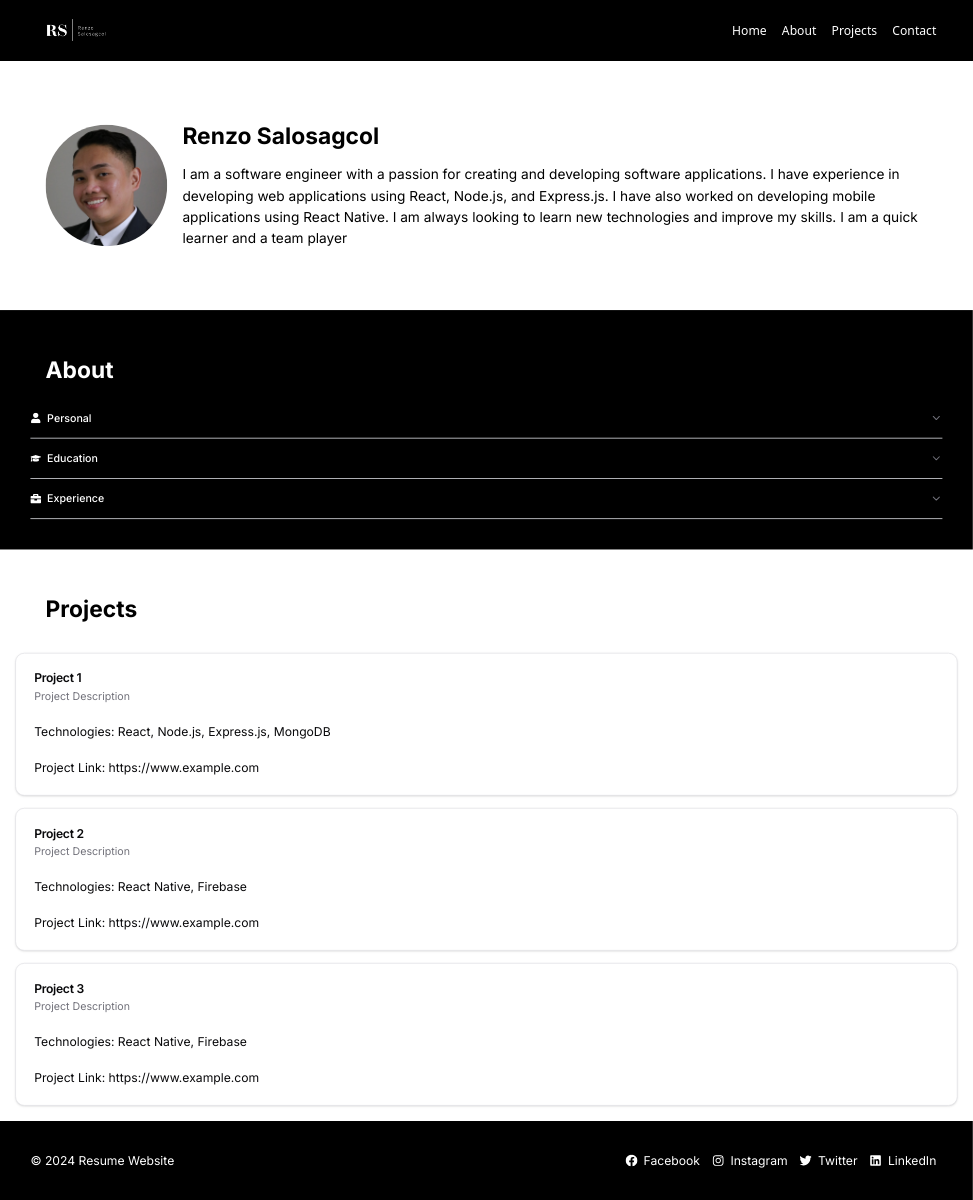
Repository: Renzo-Salosagcol/Portfolio-Website
Page: / (app in resume_website/)
These files come from the project's save history. The page is drawn as it stood at one moment and after the next save; the edit follows.
The browser window is 1280 px wide. The pictures show the whole page, at 76% of full size.
The project was rebuilt for these pictures with package versions that can differ from the ones it lists, and the page was loaded fresh each time. Also part of the build but not shown: resume_website/vite.config.js.

Above is the page before, as saved 2024-12-16 20:33:12.

After the next save:
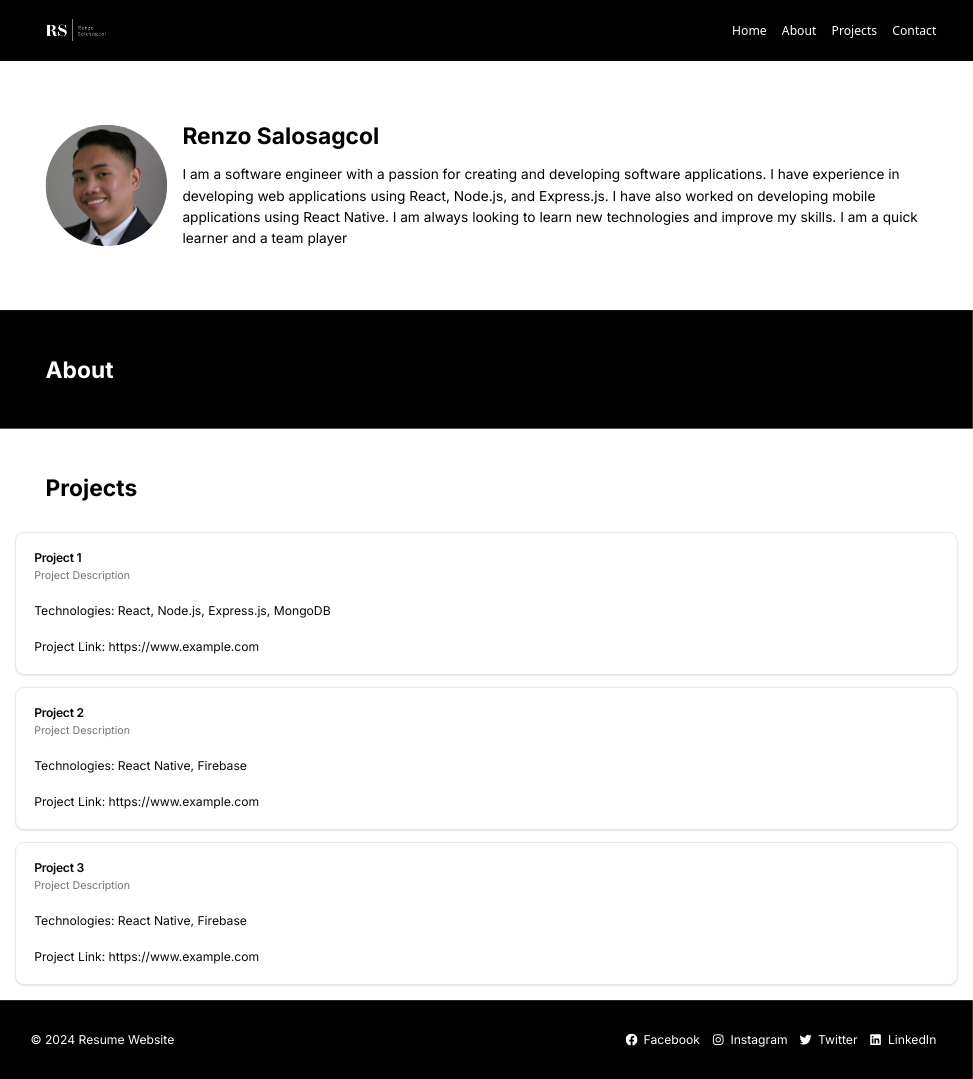
Saved 2 min 46 s later.
--- a/resume_website/src/components/about.jsx
+++ b/resume_website/src/components/about.jsx
@@ -16,7 +16,7 @@
   return (
     <div className="p-10 bg-black text-white">
       <h1 className="text-3xl font-bold p-5">About</h1>
-      <Accordion type="multiple" collapsible="true" className="w-full">
+      {/* <Accordion type="multiple" collapsible="true" className="w-full">
         <AccordionItem value="item-1" className="">
           <AccordionTrigger className="justify-items-center"><div className="flex items-center"><FaUser /><div className="ml-2">Personal</div></div></AccordionTrigger>
           <AccordionContent>
@@ -35,7 +35,7 @@
             <div>{ EXPERIENCE_INFO }</div>
           </AccordionContent>
         </AccordionItem>
-      </Accordion>
+      </Accordion> */}
     </div>
   );
 }

After the save that followed:
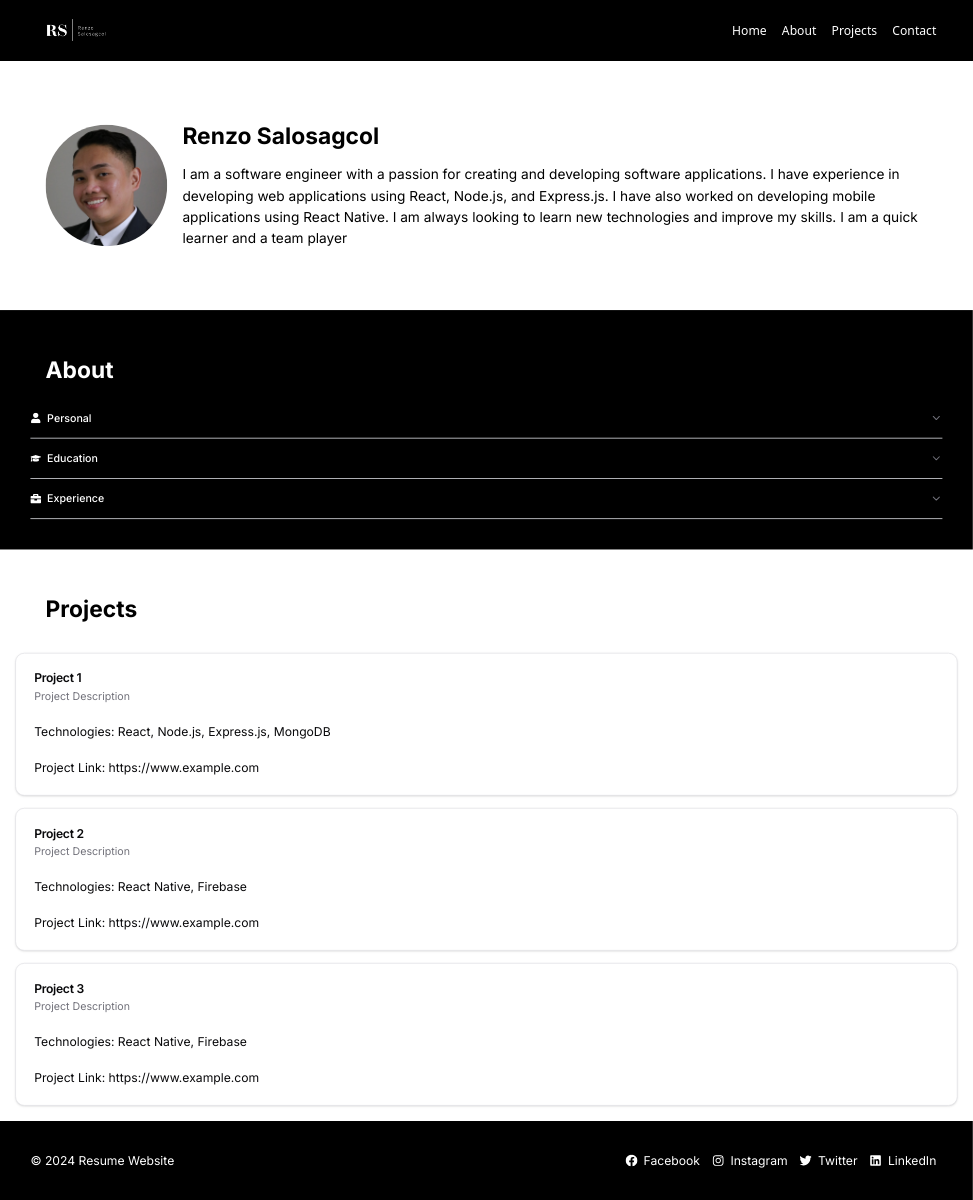
Saved 32 s later.
--- a/resume_website/src/components/about.jsx
+++ b/resume_website/src/components/about.jsx
@@ -9,14 +9,10 @@
 
 
 const About = () => {
-  console.log("PERSONAL_INFO:", PERSONAL_INFO); // Debug log
-  console.log("EDUCATION_INFO:", EDUCATION_INFO); // Debug log
-  console.log("EXPERIENCE_INFO:", EXPERIENCE_INFO); // Debug log
-
   return (
     <div className="p-10 bg-black text-white">
       <h1 className="text-3xl font-bold p-5">About</h1>
-      {/* <Accordion type="multiple" collapsible="true" className="w-full">
+      <Accordion type="multiple" collapsible="true" className="w-full">
         <AccordionItem value="item-1" className="">
           <AccordionTrigger className="justify-items-center"><div className="flex items-center"><FaUser /><div className="ml-2">Personal</div></div></AccordionTrigger>
           <AccordionContent>
@@ -35,7 +31,7 @@
             <div>{ EXPERIENCE_INFO }</div>
           </AccordionContent>
         </AccordionItem>
-      </Accordion> */}
+      </Accordion>
     </div>
   );
 }
